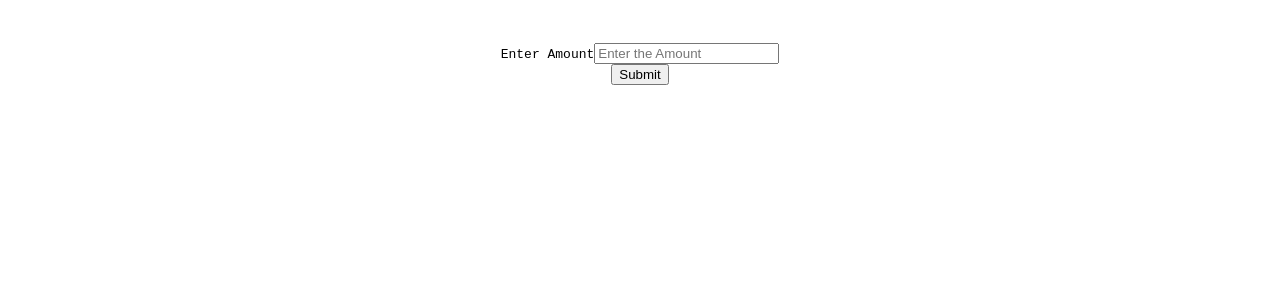
Repository: NarenD12/ProgramsFromTraining
Page: BankApp/WebContent/DepositWithdraw.html
The author's editor kept a copy of each file at every save. The page is drawn from the files as they stood at one save, then again after a run of saves.
The browser window is 1280 px wide. The pictures show the whole page.

Above is the page before, as saved 2023-09-21 17:38:34.

### BankApp/WebContent/DepositWithdraw.html
<!DOCTYPE html>
<html>
<head>
<meta charset="ISO-8859-1">
<title>Insert title here</title>
</head>
<body>
<pre>
<center>
<form action="Deposit" method="post">
Enter Amount<input type="number" name="amount" placeholder="Enter the Amount">
<input type="submit">
</form>
</center>
</pre>
</body>
</html>

After the next 2 saves:
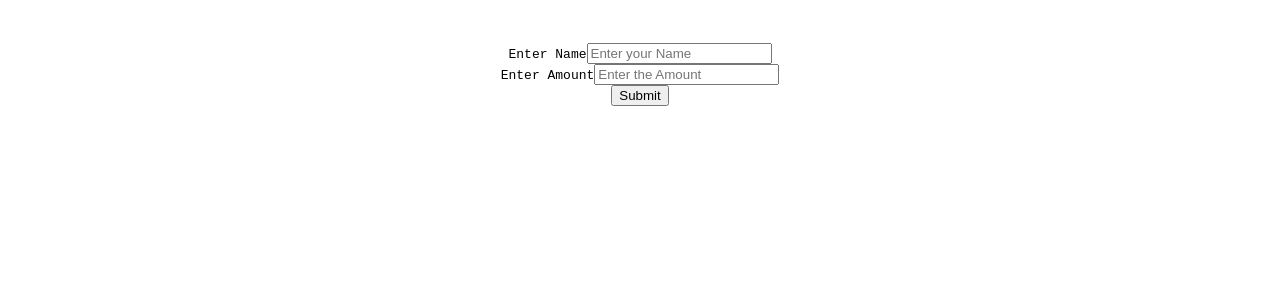
The 2 saves are shown as one change because they came seconds apart.
The last was saved 86 s later.
--- a/BankApp/WebContent/DepositWithdraw.html
+++ b/BankApp/WebContent/DepositWithdraw.html
@@ -8,6 +8,7 @@
 <pre>
 <center>
 <form action="Deposit" method="post">
+Enter Name<input type="text" name="name" placeholder="Enter your Name">
 Enter Amount<input type="number" name="amount" placeholder="Enter the Amount">
 <input type="submit">
 </form>
